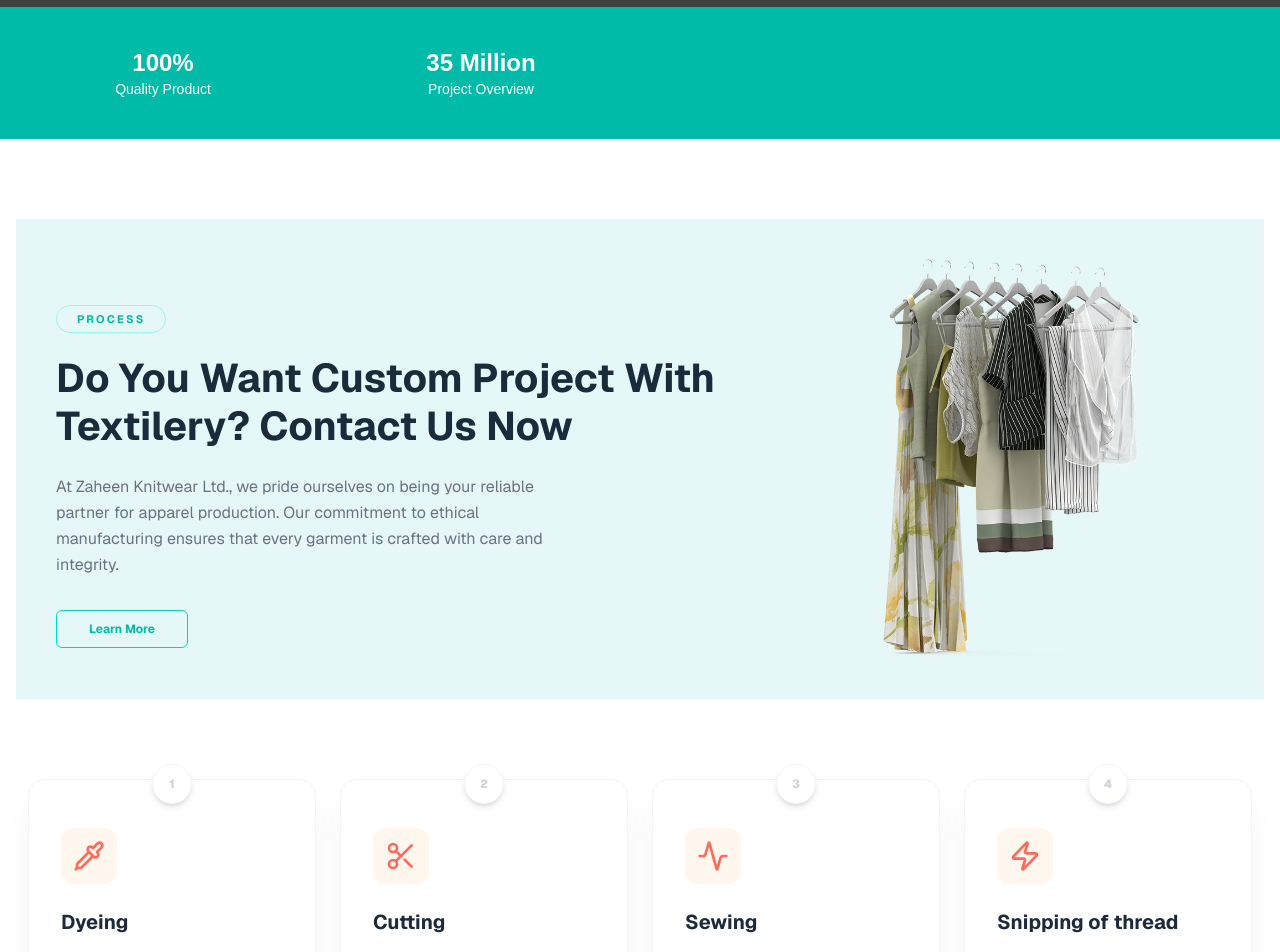
Repository: mdmuhibullahhabib/fullstack-assessment
Page: /
These files come from the project's save history. The page is drawn as it stood at one moment and after the next save; the edit follows.
The browser window is 1280 px wide. The pictures show the part of the page from y = 571 to 1523 px (the page is 3025 px tall).
Pictures or frames that could not be fetched are drawn as grey boxes. The project was rebuilt for these pictures with package versions that can differ from the ones it lists, and the page was loaded fresh each time. The framework's server and built-in components were replaced by stand-ins that run in the browser. Also part of the build but not shown: next.config.mjs.

Above is the page before, as saved 2025-12-27 09:59:59.

### src/app/layout.js
import { Geist, Geist_Mono } from "next/font/google";
import "./globals.css";
import Navbar from "@/components/shared/Navbar";
import Footer from "@/components/shared/Footer";

const geistSans = Geist({
  variable: "--font-geist-sans",
  subsets: ["latin"],
});

const geistMono = Geist_Mono({
  variable: "--font-geist-mono",
  subsets: ["latin"],
});

export const metadata = {
  title: "Create Next App",
  description: "Generated by create next app",
};

export default function RootLayout({ children }) {
  return (
    <html lang="en">
      <body
        className={`${geistSans.variable} ${geistMono.variable} antialiased`}
      >
        <Navbar/>
        {children}
        <Footer/>
      </body>
    </html>
  );
}

### src/app/page.js
import Apparel from "@/components/home/Apparel";
import CustomProcess from "@/components/home/CustomProcess";
import Hero from "@/components/home/hero";
import Stats from "@/components/home/Stats";


export default function Home() {
  return (
    <>
      <Hero />
      <Stats />
      <CustomProcess />
      <Apparel />
    </>
  );
}

### src/components/shared/Navbar.jsx
"use client";

import Link from "next/link";
import { Menu, X, ShoppingCart, User } from "lucide-react";
import { useState } from "react";

export default function Navbar() {
  const [open, setOpen] = useState(false);

  return (
    <header className="w-full">
      {/* ===== Top Bar ===== */}
      <div className="bg-teal-500 text-white text-sm">
        <div className="max-w-7xl mx-auto flex justify-between items-center px-4 py-2">
          <p>📍 Kashimpur, Gazipur Sadar / Gazipur</p>
          <div className="flex items-center gap-4">
            <span>📞 +880 01713-027875</span>
            <div className="flex gap-2">
              <span>f</span>
              <span>x</span>
              <span>▶</span>
              <span>📷</span>
            </div>
          </div>
        </div>
      </div>

      {/* ===== Main Navbar ===== */}
      <div className="bg-white shadow">
        <div className="max-w-7xl mx-auto flex items-center justify-between px-4 py-4">

          {/* Logo */}
          <Link href="/" className="flex items-center gap-2">
            <div className="w-10 h-10 bg-green-500 rounded flex items-center justify-center text-white font-bold">
              Z
            </div>
            <span className="font-bold text-lg text-gray-800">
              Company
            </span>
          </Link>

          {/* Desktop Menu */}
          <nav className="hidden md:flex items-center gap-8 text-gray-700 font-medium">
            <Link href="/">Home</Link>
            <Link href="/about">About Us</Link>
            <Link href="/services">Our Services</Link>
            <Link href="/products">Our Products</Link>
            <Link href="/blogs">Blogs</Link>
          </nav>

          {/* Right Actions */}
          <div className="hidden md:flex items-center gap-4">
            <ShoppingCart className="cursor-pointer" />
            <div className="w-8 h-8 bg-red-500 rounded-full flex items-center justify-center text-white">
              M
            </div>
            <Link
              href="/contact"
              className="bg-orange-500 text-white px-4 py-2 rounded"
            >
              Contact Us
            </Link>
          </div>

          {/* Mobile Menu Button */}
          <button
            onClick={() => setOpen(!open)}
            className="md:hidden"
          >
            {open ? <X /> : <Menu />}
          </button>
        </div>

        {/* ===== Mobile Menu ===== */}
        {open && (
          <div className="md:hidden bg-white border-t">
            <nav className="flex flex-col gap-4 px-4 py-4 text-gray-700">
              <Link href="/">Home</Link>
              <Link href="/about">About Us</Link>
              <Link href="/services">Our Services</Link>
              <Link href="/products">Our Products</Link>
              <Link href="/blogs">Blogs</Link>

              <div className="flex items-center gap-4 pt-4">
                <ShoppingCart />
                <User />
                <Link
                  href="/contact"
                  className="bg-orange-500 text-white px-4 py-2 rounded"
                >
                  Contact Us
                </Link>
              </div>
            </nav>
          </div>
        )}
      </div>
    </header>
  );
}

### src/components/shared/Footer.jsx
import Image from "next/image";
import Link from "next/link";

export default function Footer() {
  return (
    <footer className="bg-[#f8f8f8] border-t">
      <div className="max-w-7xl mx-auto px-4 py-12">

        {/* ===== Top Section ===== */}
        <div className="grid grid-cols-1 md:grid-cols-4 gap-10">

          {/* Logo & Contact */}
          <div className="space-y-4">
            <div className="flex items-center gap-3">
              <Image src="/logo.png" alt="logo" width={48} height={48} />
              <Image src="/logo2.png" alt="logo2" width={48} height={48} />
            </div>

            <p className="text-sm text-gray-600 flex gap-2">
              📍 29 SE 2nd Ave, Miami, FL 33131, United States
            </p>
            <p className="text-sm text-gray-600">
              ✉ info@zaheen.com
            </p>
            <p className="text-sm font-semibold">
              📞 (+92) 3942 7879
            </p>
          </div>

          {/* Pages */}
          <div>
            <h4 className="font-semibold mb-4 uppercase text-sm">Pages</h4>
            <ul className="space-y-2 text-sm text-gray-600">
              <li><Link href="#">About Us</Link></li>
              <li><Link href="#">Our Services</Link></li>
              <li><Link href="#">Our Products</Link></li>
            </ul>
          </div>

          {/* Information */}
          <div>
            <h4 className="font-semibold mb-4 uppercase text-sm">Information</h4>
            <ul className="space-y-2 text-sm text-gray-600">
              <li><Link href="#">My Account</Link></li>
              <li><Link href="#">Corporate Enquiries</Link></li>
              <li><Link href="#">FAQs</Link></li>
            </ul>
          </div>
        </div>

        {/* ===== Payment Channels (SAME ROW STYLE) ===== */}
        <div className="mt-10">
          <h4 className="font-semibold text-sm mb-4">PAYMENT CHANNELS</h4>

          <div className="flex flex-wrap gap-3">
            {[
              "visa",
              "mastercard",
              "amex",
              "bKash",
              "nagad",
              "rocket",
              "upay",
              "tap",
              "citybank",
              "bracbank",
              "easternbank",
              "standardchartered",
            ].map((logo) => (
              <div
                key={logo}
                className="bg-white border rounded-md px-4 py-2 flex items-center justify-center"
              >
                <Image
                  src={`/payments/${logo}.png`}
                  alt={logo}
                  width={48}
                  height={28}
                  className="object-contain"
                />
              </div>
            ))}
          </div>
        </div>

        {/* ===== Bottom Bar ===== */}
        <div className="border-t mt-10 pt-6 flex flex-col md:flex-row justify-between items-center gap-4 text-sm text-gray-600">

          <p>
            Copyright ©{" "}
            <span className="text-orange-500 font-medium">
              360D Soul Limited
            </span>{" "}
            2025. All rights reserved.
          </p>

          <div className="flex gap-4 text-lg">
            <span>f</span>
            <span>x</span>
            <span>📷</span>
          </div>

          <div className="flex gap-4">
            <Link href="#">Terms & Condition</Link>
            <Link href="#">Privacy & Policy</Link>
            <Link href="#">Refund Policy</Link>
          </div>
        </div>

      </div>
    </footer>
  );
}

### src/components/home/Apparel.jsx
export default function Apparel() {
  const products = [
    {
      name: "Denim Jacket",
      price: "$10.00",
      img: "https://images.unsplash.com/photo-1520975916090-3105956dac38",
    },
    {
      name: "Hoodie",
      price: "$12.00",
      img: "https://images.unsplash.com/photo-1520974735194-6c9c0c13ed3d",
    },
    {
      name: "T-Shirt",
      price: "$8.00",
      img: "https://images.unsplash.com/photo-1583743814966-8936f5b7be1a",
    },
  ];

  return (
    <section className="bg-gray-50 py-16">
      <div className="max-w-7xl mx-auto px-4">
        <h2 className="text-2xl font-bold mb-8">Our Apparels</h2>

        <div className="grid sm:grid-cols-2 md:grid-cols-3 gap-6">
          {products.map((p, i) => (
            <div key={i} className="bg-white border rounded overflow-hidden">
              <img src={p.img} className="h-56 w-full object-cover" />
              <div className="p-4">
                <h3 className="font-semibold">{p.name}</h3>
                <p className="text-sm text-gray-600">{p.price}</p>
                <button className="mt-3 w-full bg-teal-500 text-white py-2 rounded">
                  Add to Cart
                </button>
              </div>
            </div>
          ))}
        </div>
      </div>
    </section>
  );
}

### src/components/home/CustomProcess.jsx
"use client"
import Image from "next/image";
import { Scissors, Pipette, Zap, Activity, Repeat, ClipboardCheck, Box } from "lucide-react";
import bgImage from "../../../public/home/ProcessImage-1.png";
import rightImage from "../../../public/home/ProcessImage-2.png";

export default function CustomProcess() {
    const steps = [
        { number: 1, title: "Dyeing", desc: "Adding color to biodegradable materials.", icon: <Pipette className="w-8 h-8 text-[#FF6B5B]" /> },
        { number: 2, title: "Cutting", desc: "Eco-friendly clothing items for all shapes and sizes.", icon: <Scissors className="w-8 h-8 text-[#FF6B5B]" /> },
        { number: 3, title: "Sewing", desc: "Vouching for the ultimate sturdiness and durability of the fabric.", icon: <Activity className="w-8 h-8 text-[#FF6B5B]" /> },
        { number: 4, title: "Snipping of thread", desc: "A neat edge, a soft and smooth finish.", icon: <Zap className="w-8 h-8 text-[#FF6B5B]" /> },
        { number: 5, title: "Ironing", desc: "Ironing it before shipping.", icon: <Repeat className="w-8 h-8 text-[#FF6B5B]" /> },
        { number: 6, title: "Checking", desc: "Going through each clothing piece to ensure supreme quality standards are met.", icon: <ClipboardCheck className="w-8 h-8 text-[#FF6B5B]" /> },
        { number: 7, title: "Package", desc: "Folding and packing with the utmost care.", icon: <Box className="w-8 h-8 text-[#FF6B5B]" /> },
    ];

    return (
        <section className="bg-white py-20 px-4 font-sans">
            <div className="max-w-7xl mx-auto">

                {/* ===== TOP SECTION ===== */}
                <div className="relative bg-[#E6F7F8] overflow-hidden flex flex-col md:flex-row items-stretch mb-20 min-h-[450px]">

                    {/* Left Content Box (White with bgImage and Torn Edge) */}
                    <div
                        className="relative z-20 w-full md:w-[60%] p-10 mt-9 md:pl-5 md:p-6 flex flex-col justify-center items-start "
                        style={{
                            backgroundImage: `url(${bgImage})`,
                            backgroundSize: "cover",
                            backgroundPosition: "center",
                        }}
                    >
                        <div
                        className="ml-5"
                        >
                            <div className="mb-6">
                                <span className="px-5 py-1.5 rounded-full border border-teal-200 text-teal-500 text-[11px] font-bold uppercase tracking-[0.2em]">
                                    Process
                                </span>
                            </div>

                            <h2 className="text-3xl md:text-[40px] font-bold text-[#1a2b3c] leading-[1.2] mb-6">
                                Do You Want Custom Project With <br className="hidden lg:block" /> Textilery? Contact Us Now
                            </h2>

                            <p className="text-gray-500 text-sm md:text-base leading-relaxed max-w-lg mb-8">
                                At Zaheen Knitwear Ltd., we pride ourselves on being your reliable partner for
                                apparel production. Our commitment to ethical manufacturing ensures that
                                every garment is crafted with care and integrity.
                            </p>

                            <button className="border-[1.5px] border-teal-400 text-teal-500 px-8 py-2.5 rounded-md font-bold text-xs hover:bg-teal-500 hover:text-white transition-all">
                                Learn More
                            </button>
                        </div>
                    </div>

                    {/* Right Content (Image of hanging clothes) */}
                    <div className="w-full md:w-[40%] relative flex items-center justify-center py-10">
                        <div className="relative w-[85%] h-[400px]">
                            <Image
                                src={rightImage}
                                alt="Clothing Preview"
                                fill
                                className="object-contain"
                                priority
                            />
                        </div>
                    </div>
                </div>

                {/* ===== PROCESS STEPS GRID ===== */}
                <div className="flex flex-wrap justify-center gap-6">
                    {steps.map((step, index) => (
                        <div
                            key={step.number}
                            className={`
                relative bg-white p-8 pt-12 rounded-2xl shadow-[0_15px_40px_-15px_rgba(0,0,0,0.1)]
                border border-gray-100 flex flex-col items-start transition-all hover:-translate-y-2
                w-full sm:w-[calc(50%-1.5rem)] lg:w-[calc(25%-1.5rem)]
                ${index >= 4 ? 'lg:translate-y-2' : ''}
              `}
                        >
                            {/* Step Number Circle */}
                            <div className="absolute -top-4 left-1/2 -translate-x-1/2 w-10 h-10 bg-white border border-gray-100 shadow-md rounded-full flex items-center justify-center text-xs font-black text-gray-300">
                                {step.number}
                            </div>

                            <div className="mb-6 bg-orange-50 p-3 rounded-xl">
                                {step.icon}
                            </div>

                            <h3 className="text-xl font-bold text-slate-800 mb-3">
                                {step.title}
                            </h3>
                            <p className="text-[14px] text-gray-500 leading-relaxed">
                                {step.desc}
                            </p>
                        </div>
                    ))}
                </div>

            </div>
        </section>
    );
}

### src/components/home/hero.jsx
export default function Hero() {
  return (
    <section className="relative bg-black text-white">
      <img
        src="https://images.unsplash.com/photo-1520975916090-3105956dac38"
        className="absolute inset-0 w-full h-full object-cover opacity-40"
      />

      <div className="relative max-w-7xl mx-auto px-4 py-28 grid md:grid-cols-2 gap-10">
        <div>
          <p className="text-sm uppercase mb-3 text-teal-400">
            Textile & Garments
          </p>
          <h1 className="text-4xl md:text-5xl font-bold mb-5">
            High-Quality Garments. <br /> Ethically Made.
          </h1>
          <p className="text-gray-300 mb-6">
            We manufacture premium garments using ethical and sustainable
            practices.
          </p>

          <div className="flex gap-4">
            <button className="bg-orange-500 px-6 py-3 rounded">
              Explore
            </button>
            <button className="border px-6 py-3 rounded">
              Contact Us
            </button>
          </div>
        </div>
      </div>
    </section>
  );
}

### src/components/home/Stats.jsx
export default function Stats() {
  const stats = [
    { title: "Quality Product", value: "100%" },
    { title: "Project Overview", value: "35 Million" },
  ];

  return (
    <section className="bg-teal-500 text-white">
      <div className="max-w-7xl mx-auto px-4 py-10 grid grid-cols-2 md:grid-cols-4 gap-6 text-center">
        {stats.map((s, i) => (
          <div key={i}>
            <h3 className="text-2xl font-bold">{s.value}</h3>
            <p className="text-sm">{s.title}</p>
          </div>
        ))}
      </div>
    </section>
  );
}

Loaded but not shown: src/app/globals.css (common file)

After the next save:
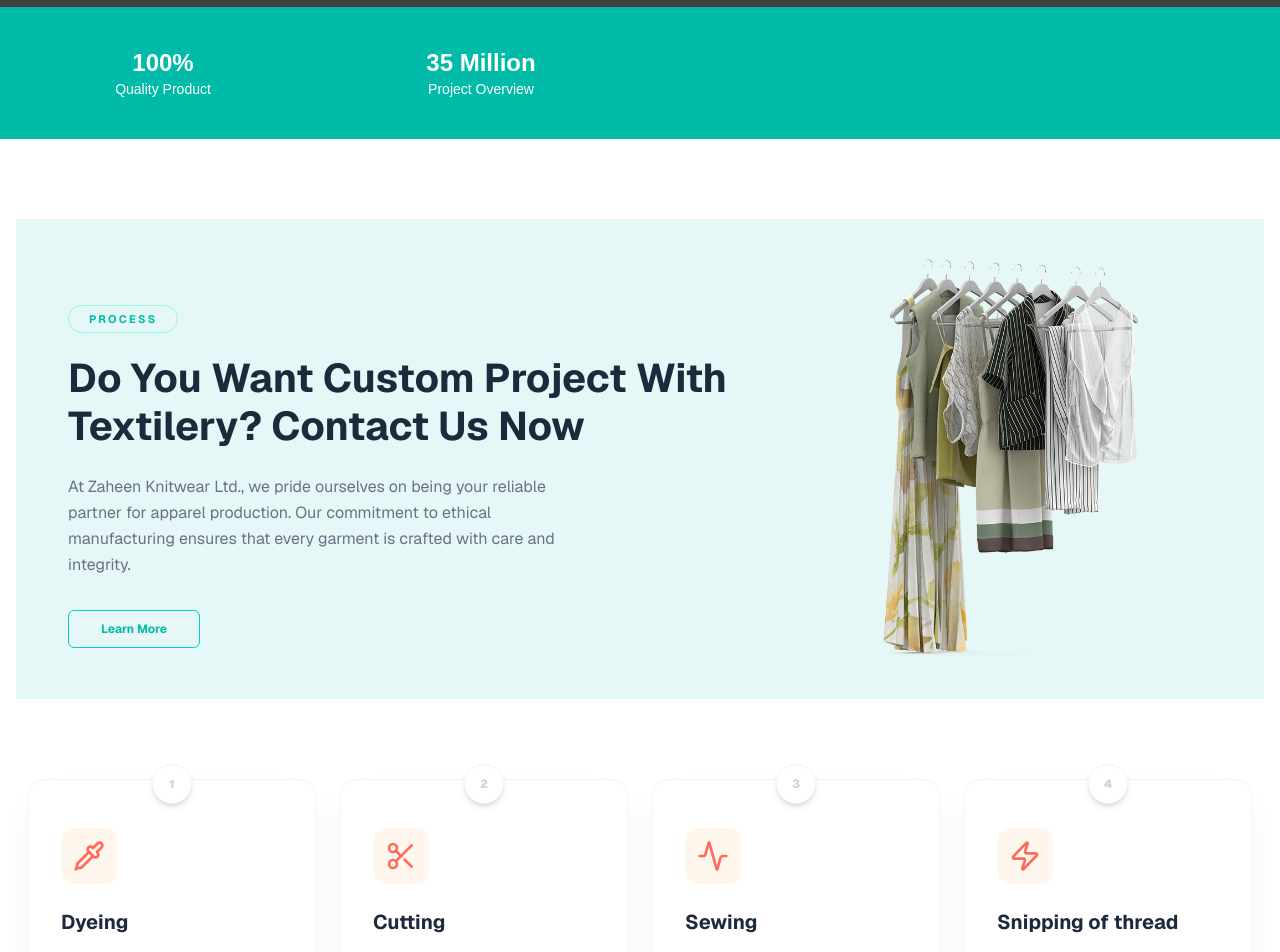
Saved 6 s later.
--- a/src/components/home/CustomProcess.jsx
+++ b/src/components/home/CustomProcess.jsx
@@ -32,7 +32,7 @@
                         }}
                     >
                         <div
-                        className="ml-5"
+                        className="ml-8"
                         >
                             <div className="mb-6">
                                 <span className="px-5 py-1.5 rounded-full border border-teal-200 text-teal-500 text-[11px] font-bold uppercase tracking-[0.2em]">
